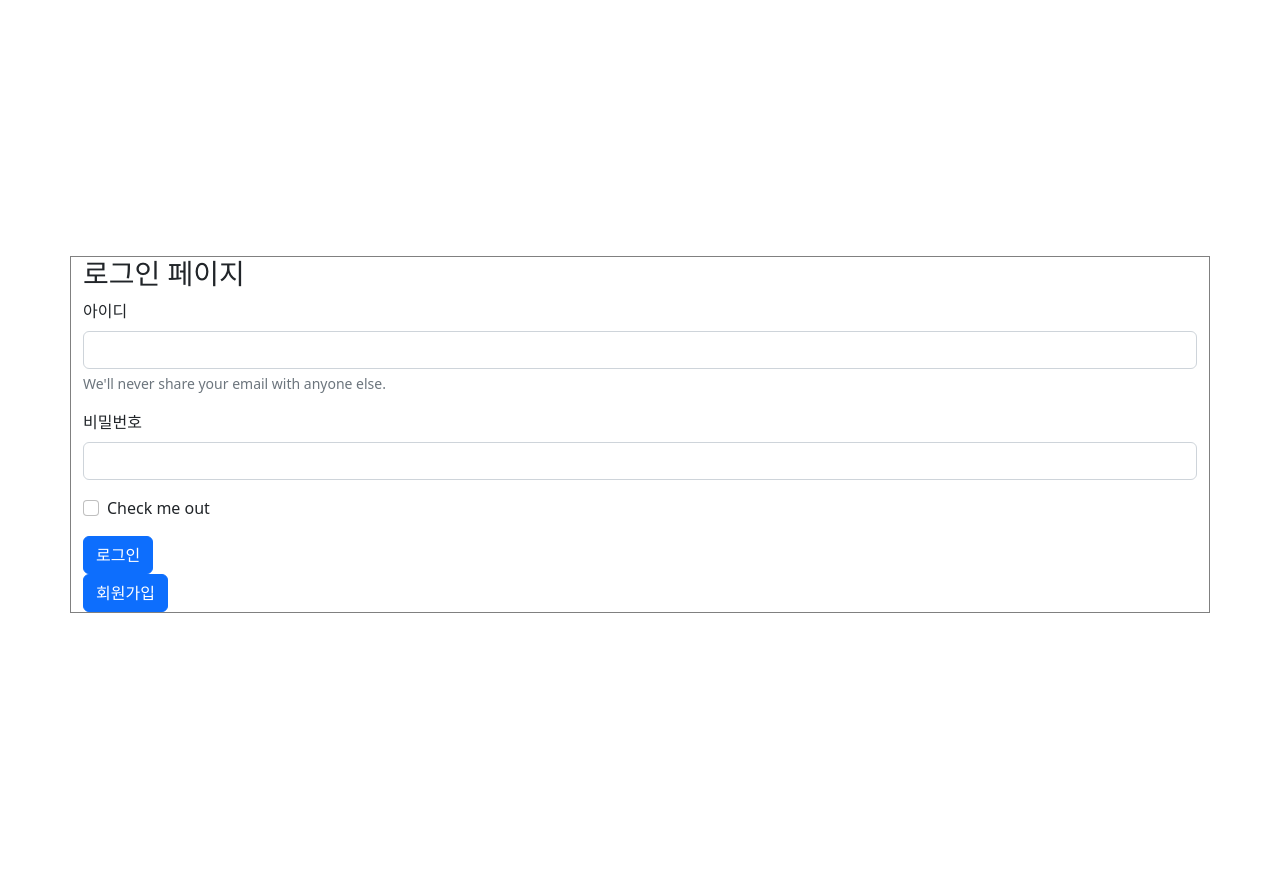
Repository: DNWissac/OJTphp
Page: http://localhost/view/signin.php
These files come from the project's save history. The page is drawn as it stood at one moment and after the next save; the edit follows.
The browser window is 1280 px wide. The pictures show the whole page.
The page is run by PHP 8.4 with error messages shown; the project is at /var/www/html/.

Above is the page before, as saved 2022-08-05 08:22:17.

### Board1/View/signin.php
<!DOCTYPE html>
<html>
<head>
<meta charset="UTF-8">
<script type="text/javascript" src="//code.jquery.com/jquery.min.js"></script>
<script>

</script>

<style type="text/css">

    .container
    {
        margin: 20%;
    }
</style>
<title>로그인</title>


<!-- 부트스트랩 css, js-->
<link href="https://cdn.jsdelivr.net/npm/bootstrap@5.2.0/dist/css/bootstrap.min.css"
rel="stylesheet" integrity="sha384-gH2yIJqKdNHPEq0n4Mqa/HGKIhSkIHeL5AyhkYV8i59U5AR6csBvApHHNl/vI1Bx" crossorigin="anonymous">
<script src="https://cdn.jsdelivr.net/npm/bootstrap@5.2.0/dist/js/bootstrap.bundle.min.js"
integrity="sha384-A3rJD856KowSb7dwlZdYEkO39Gagi7vIsF0jrRAoQmDKKtQBHUuLZ9AsSv4jD4Xa" crossorigin="anonymous"></script>

</head>
<body>

<div class="container" style="border: grey 1px solid;">
	<h3>로그인 페이지</h3>

<form>
    <div class="mb-3">
        <label for="exampleInputEmail1" class="form-label">아이디</label>
        <input type="email" class="form-control" id="exampleInputEmail1" aria-describedby="emailHelp">
    <div id="emailHelp" class="form-text">We'll never share your email with anyone else.</div>
    </div>
    <div class="mb-3">
        <label for="exampleInputPassword1" class="form-label">비밀번호</label>
        <input type="password" class="form-control" id="exampleInputPassword1">
    </div>
    <div class="mb-3 form-check">
        <input type="checkbox" class="form-check-input" id="exampleCheck1">
        <label class="form-check-label" for="exampleCheck1">Check me out</label>
    </div>
    <button type="submit" class="btn btn-primary">로그인</button>
</form>

	<button type="button" class="btn btn-primary" onclick="location.href='signup.php'">
    	회원가입
    </button>


</div>





</body>
</html>

After the next save:
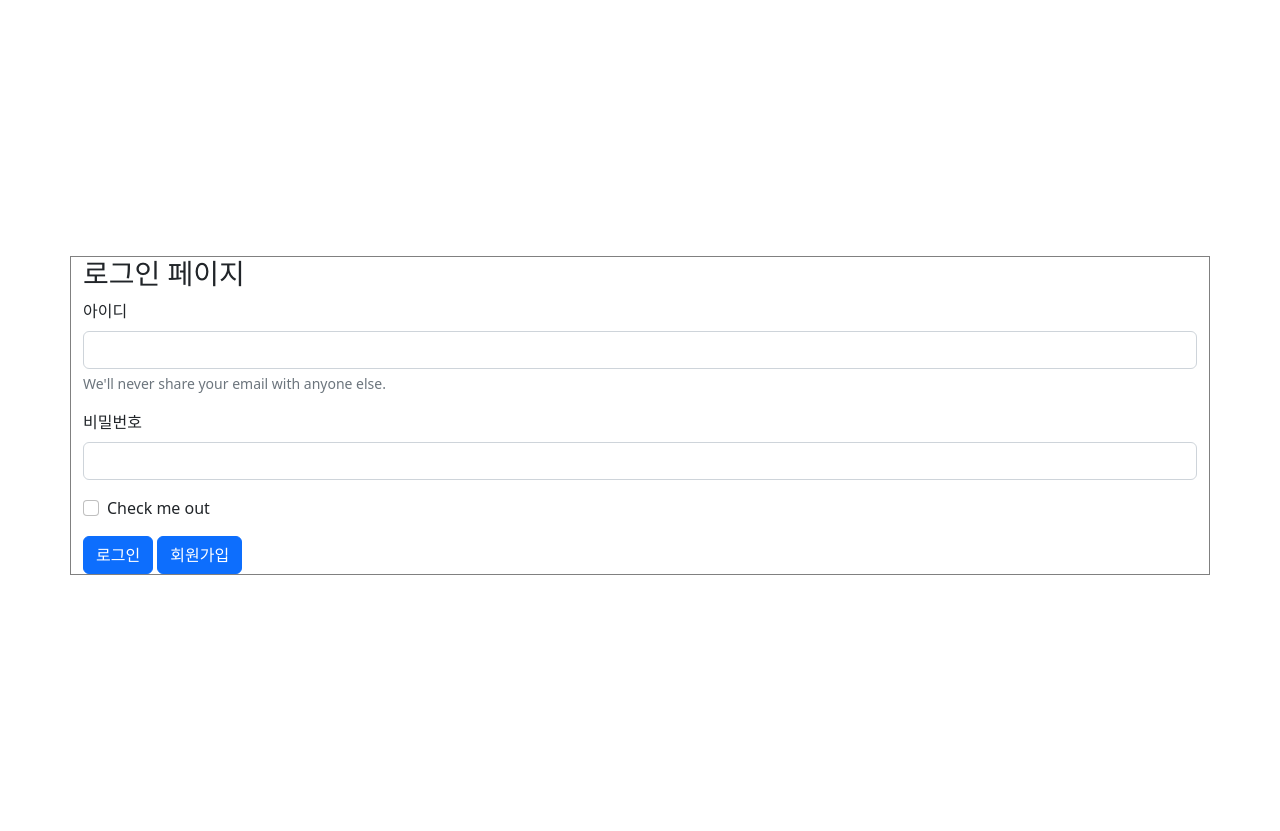
Saved 44 s later.
--- a/Board1/View/signin.php
+++ b/Board1/View/signin.php
@@ -44,11 +44,12 @@
         <label class="form-check-label" for="exampleCheck1">Check me out</label>
     </div>
     <button type="submit" class="btn btn-primary">로그인</button>
+    <button type="button" class="btn btn-primary" onclick="location.href='signup.php'">
+    	회원가입
+    </button>
 </form>
 
-	<button type="button" class="btn btn-primary" onclick="location.href='signup.php'">
-    	회원가입
-    </button>
+
 
 
 </div>
